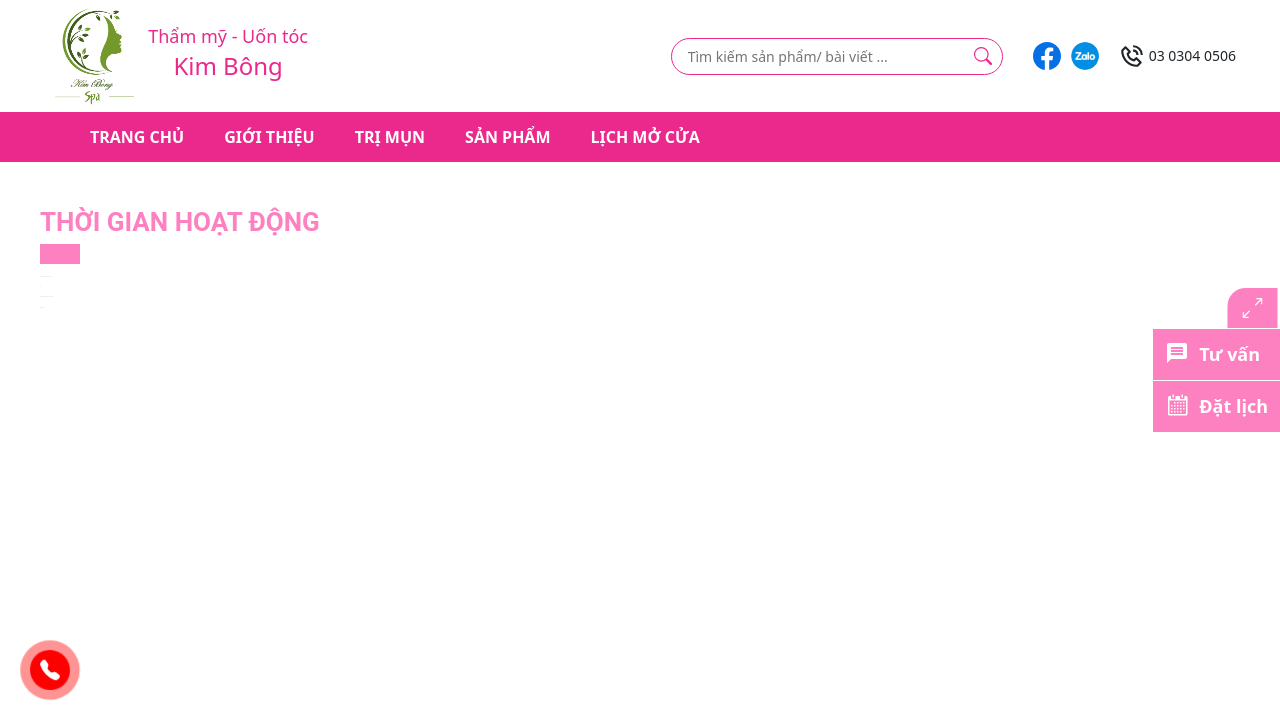
Repository: tranduykhuong/SpaKimBong
Page: /calendar
These files come from the project's save history. The page is drawn as it stood at one moment and after the next save; the edit follows.
The browser window is 1280 px wide. The pictures show the whole page.
The project was rebuilt for these pictures with package versions that can differ from the ones it lists, and the page was loaded fresh each time. Also part of the build but not shown: src/components/Banner/banner.scss, src/components/Banner/Banner.js, src/pages/Home/home.scss, src/pages/Home/ListImage/listImage.scss, src/pages/Home/ListImage/ListImage.js, src/components/Footer/footer.scss, src/components/Footer/Footer.js, src/pages/Home/BookOnline/bookOnl.scss and 26 more.

Above is the page before, as saved 2022-06-06 23:13:01.

### src/App.js
import "./App.scss";
import Header from "./components/Header/Header";
import Home from "./pages/Home/Home";
import "bootstrap/dist/css/bootstrap.min.css";
import { Route, Routes } from "react-router-dom";
import About from "./pages/About/About";
import Products from "./pages/Product/Products";
import ProductDetail from "./pages/Product/ProductDetail/ProductDetail";
import AcneTreatment from "./pages/AcneTreatment/AcneTreatment";
import ContactToolbox from "./components/ContactToolbox/ContactToolbox";
import BackToTop from "./components/BackToTop/BackToTop";
import PhoneTool from "./components/PhoneTool/PhoneTool";
import Calendar from "./pages/Calendar/Calendar";

function App() {
  return (
    <div className="App">
      <Header />
      <ContactToolbox />
      <BackToTop />
      <PhoneTool />
      <Routes>
        <Route path="/" element={<Home />} />
        <Route path="/about" element={<About />} />
        <Route path="/products" element={<Products />} />
        <Route path="/acne" element={<AcneTreatment />} />
        <Route path="/calendar" element={<Calendar />} />

        <Route path="/products/1" element={<ProductDetail />} />
      </Routes>
    </div>
  );
}

export default App;

### src/components/Header/Header.js
import React, { useEffect, useState } from "react";
import "./header.scss";
import { BsSearch, BsFacebook } from "react-icons/bs";
import { BiPhoneCall } from "react-icons/bi";
import { Link, useLocation } from "react-router-dom";

function Header() {
  const path = useLocation().pathname;
  const [fixedNavbar, setFixedNavbar] = useState(false);

  useEffect(() => {
    const handleScroll = () => {
      if (window.scrollY < 1) {
        setFixedNavbar(true);
      }

      if (window.scrollY > 170) setFixedNavbar(true);
      else setFixedNavbar(false);
    };

    window.addEventListener("scroll", handleScroll);

    return () => {
      window.removeEventListener("scroll", handleScroll);
    };
  }, []);

  useEffect(() => {
    window.scrollTo(0, 0);
  }, [path]);

  return (
    <div className="header">
      <div className={"infor " + (fixedNavbar ? "mg-navbar" : "")}>
        <div className="logo">
          <img src="../../img/logoSpa.png" alt="" />
          <div className="nameSpa">
            <h4>Thẩm mỹ - Uốn tóc</h4>
            <h2>Kim Bông</h2>
          </div>
        </div>

        <div className="search">
          <input type="text" placeholder="Tìm kiếm sản phẩm/ bài viết ..." />
          <a className="icon">
            <BsSearch className="iconSearch" />
          </a>
        </div>

        <div className="contact">
          <a href="/" className="icon">
            <BsFacebook className="iconFacebook" />
          </a>
          <a href="/" className="icon">
            <img src="../../img/Zalo.png" alt="" className="iconZalo" />
          </a>

          <div className="phone">
            <BiPhoneCall className="iconPhone" />
            <h3>03 0304 0506</h3>
          </div>
        </div>
      </div>
      <div className={"myNavbar " + (fixedNavbar ? "fixedNavbar" : "")}>
        <div className="navbarContent">
          <ul className="navbarList">
            <li className={path === "/" ? "active" : ""}>
              <Link to="/">TRANG CHỦ</Link>
            </li>
            <li className={path === "/about" ? "active" : ""}>
              <Link to="/about">GIỚI THIỆU</Link>
            </li>
            {/* <li className={path === "/skin" ? "active" : ""}>
              <Link to="/">CHĂM SÓC DA</Link>
            </li> */}
            <li className={path === "/acne" ? "active" : ""}>
              <Link to="/acne">TRỊ MỤN</Link>
            </li>
            <li className={path === "/products" ? "active" : ""}>
              <Link to="/products">SẢN PHẨM</Link>
            </li>
            <li className={path === "/open-time" ? "active" : ""}>
              <Link to="/calendar">LỊCH MỞ CỬA</Link>
            </li>
          </ul>
        </div>
      </div>
    </div>
  );
}

export default Header;

### src/components/ContactToolbox/ContactToolbox.js
import React, { useState } from "react";
import "./contactToolbox.scss";
import { MdMessage } from "react-icons/md";
import { GoCalendar } from "react-icons/go";
import { BsArrowsAngleExpand } from "react-icons/bs";

const ContactToolbox = () => {
  const [hidden, setHidden] = useState(false);

  return (
    <div className="contactFixed">
      <div className="toolboxScroll" onClick={() => setHidden((prev) => !prev)}>
        <BsArrowsAngleExpand className="iconArrow" />
      </div>
      <div className={"toolboxList " + (hidden ? "hidden" : "open")}>
        <div className="advise toolboxItem">
          <MdMessage className="iconMessage" />
          <p>Tư vấn</p>
        </div>
        <div className="book toolboxItem">
          <GoCalendar className="iconCalendar" />
          <p>Đặt lịch</p>
        </div>
      </div>
    </div>
  );
};

export default ContactToolbox;

### src/components/BackToTop/BackToTop.js
import React, { useEffect, useState } from "react";
import "./backToTop.scss";
import { FaRegArrowAltCircleUp } from "react-icons/fa";

const BackToTop = () => {
  const [clicked, setClick] = useState(true);
  const [hiddenArrow, setHiddenArrow] = useState(true);

  useEffect(() => {
    const handleScroll = () => {
      if (window.scrollY > 550) setHiddenArrow(false);
      else setHiddenArrow(true);
    };
    window.addEventListener("scroll", handleScroll);
    return () => {
      window.removeEventListener("scroll", handleScroll);
    };
  }, []);

  useEffect(() => {
    window.scrollTo(0, 0);
  }, [clicked]);

  return (
    <div
      className={"backToTop " + (hiddenArrow ? "" : "show")}
      onClick={() => setClick((prev) => !prev)}
    >
      <FaRegArrowAltCircleUp className="icon" />
    </div>
  );
};

export default BackToTop;

### src/components/PhoneTool/PhoneTool.js
import React from "react";
import "./phoneTool.scss";
import { BsFillTelephoneFill } from "react-icons/bs";

const PhoneTool = () => {
  return (
    <div className="phoneTool">
      <div className="phone">
        <BsFillTelephoneFill className="iconPhone" />
      </div>
      <div className="circle"></div>
    </div>
  );
};

export default PhoneTool;

### src/pages/Calendar/Calendar.js
import React from "react";
import "./calendar.scss";

const Calendar = () => {
  return (
    <div>
      <div className="container-calendar">
        <div className="container-bg-calendar">
          <div className="calendar">
            <div className="calendar-content">
              <h3>THỜI GIAN HOẠT ĐỘNG</h3>
              <p>
                Hiên Vân Spa bắt đầu làm việc từ 09:00 và nhận khách đợt cuối
                lúc 19:30 mỗi ngày (Kể cả thứ 7 và Chủ Nhật).
              </p>
              <p>Đặc Biệt:</p>
              <p>
                Vẫn hoạt động bình thường vào giờ nghỉ trưa, khách hàng có thể
                thoải mái đặt lịch mà không ngại ảnh hưởng đến công việc, học
                tập ...
              </p>
              <p>Bạn muốn thư giãn ? Hãy đến với chúng tôi.</p>
            </div>

            <div className="calendar-boxs"></div>
          </div>
        </div>
      </div>
    </div>
  );
};

export default Calendar;

### src/components/Header/header.scss
@import '../../SCSS/base/variables.scss';
$height-navbar: 5rem;

.header {
    .mg-navbar {
        margin-bottom: $height-navbar;
    }

    .infor {
        max-width: 1200px;
        padding: .6rem 0;
        display: flex;
        justify-content: space-between;
        margin: 0 auto;

        .logo {
            display: flex;
            flex: 1;

            img {
                height: 10rem;
            }

            .nameSpa {
                color: $main-color;
                margin: auto 0;

                h4 {
                    font-size: 1.8rem;
                    font-weight: 500;
                }

                h2 {
                    font-size: 2.4rem;
                }
            }
        }


        .search {
            margin: auto 0;
            border-radius: 50px;
            border: solid .1rem $main-color;
            height: 37px;
            display: flex;

            input {
                font-size: 1.4rem;
                margin: auto 16px;
                min-width: 26rem;
                border: none;
                outline: none;
            }

            .icon {
                margin: auto 10px;
                cursor: pointer;
            }

            .iconSearch {
                width: 1.8rem;
                height: 1.8rem;
                color: $main-color;

                &:hover {
                    color: #f867b2;
                }
            }
        }

        .contact {
            display: flex;
            margin-left: 20px;

            .icon {
                margin: auto 0;
                margin-left: 10px;

            }

            .iconFacebook {
                width: 2.8rem;
                height: 2.8rem;
                color: rgba($color: #0570e6, $alpha: 1.0);
            }

            .iconZalo {
                width: 2.8rem;
                height: 2.8rem;
                border-radius: 50%;
            }

            .phone {
                margin: auto 0;
                margin-left: 20px;
                display: flex;

                .iconPhone {
                    width: 2.6rem;
                    height: 2.6rem;
                }

                h3 {
                    font-size: 1.4rem;
                    font-weight: 500;
                    margin: auto 4px;
                }
            }

        }
    }

    .fixedNavbar {
        position: fixed;
        top: 0;
        left: 0;
        z-index: 50;
        width: 100%;
        animation: fixedNavbar 1s forwards;
    }

    @keyframes fixedNavbar {
        from {
            top: -5rem;
            opacity: 0;
        }

        to {
            top: 0;
            opacity: 1;
        }
    }

    .myNavbar {
        height: $height-navbar;
        background-color: $main-color;

        .navbarContent {
            max-width: 1200px;
            margin: 0 auto;

            .navbarList {
                display: flex;
                margin: 0 1rem;
                // justify-content: space-evenly;

                li {
                    list-style: none;

                    a {
                        line-height: $height-navbar;
                        height: $height-navbar;
                        display: block;
                        color: #fff;
                        font-size: 1.6rem;
                        font-weight: 600;
                        text-decoration: none;
                        padding: 0 2rem;
                    }

                    &:hover {
                        background-color: #f844a1;
                        cursor: pointer;
                    }
                }

                .active {
                    background-color: #dd0876;
                }
            }
        }
    }
}

### src/components/ContactToolbox/contactToolbox.scss
.contactFixed {
    position: fixed;
    top: 50%;
    transform: translateY(-50%);
    right: 0;
    z-index: 100;
    cursor: pointer;

    .toolboxScroll {
        border-top-left-radius: 1.8rem;
        background-color: rgba($color: #fc2c97, $alpha: 0.6);
        width: 5rem;
        padding: 1rem;
        color: #fff;
        transform: translateX(149%);
        border-bottom: 1px solid #fff;

        .iconArrow {
            width: 2rem;
            height: 2rem;
        }
    }

    .toolboxList {
        background-color: rgba($color: #fc2c97, $alpha: 0.6);


        .toolboxItem {
            display: flex;
            padding: 1.2rem;
            color: #fff;

            p {
                font-size: 1.8rem;
                margin: 0;
                padding-left: 1rem;
                font-weight: 600;
            }
        }

        .advise {
            border-bottom: 1px solid #fff;

            .iconMessage {
                width: 2.4rem;
                height: 2.4rem;
            }
        }

        .book {

            .iconCalendar {
                width: 2.4rem;
                height: 2.4rem;
            }
        }
    }

    .hidden {
        animation: toRight 0.8s linear forwards;
    }

    .open {
        animation: toLeft 0.8s linear backwards;
    }

    @keyframes toRight {
        to {
            transform: translateX(62%);
        }
    }

    @keyframes toLeft {
        from {
            transform: translateX(62%);

        }

        to {
            transform: translateX(0);
        }
    }
}

### src/components/BackToTop/backToTop.scss
.backToTop {
    position: fixed;
    bottom: 2rem;
    right: 2rem;
    z-index: 100;
    display: none;

    .icon {
        width: 4rem;
        height: 4rem;
        color: #fa72b8;
        cursor: pointer;
    }
}

.show {
    animation: FadeIn 0.8s forwards;
    display: block;

    @keyframes FadeIn {
        from {
            bottom: 0;
        }

        to {
            bottom: 2rem;
        }
    }
}

### src/components/PhoneTool/phoneTool.scss
.phoneTool {
    position: fixed;
    width: 6rem;
    height: 6rem;
    left: 1rem;
    border-radius: 50%;
    bottom: 3rem;
    z-index: 100;
    cursor: pointer;

    .phone {
        position: absolute;
        z-index: 5;
        top: 34%;
        left: 34%;
        background-color: red;
        padding: 1rem;
        border-radius: 50%;
        animation: phoneSkin 1s infinite ease-in-out;

        .iconPhone {
            height: 2rem;
            width: 2rem;
            color: #fff;

        }

        @keyframes phoneSkin {
            0% {
                transform: rotate(0) scale(1) skew(1deg);
            }

            10% {
                transform: rotate(-25deg) scale(1) skew(1deg);
            }

            20% {
                transform: rotate(25deg) scale(1) skew(1deg);
            }

            30% {
                transform: rotate(-25deg) scale(1) skew(1deg);
            }

            40% {
                transform: rotate(25deg) scale(1) skew(1deg);
            }

            50% {
                transform: rotate(0) scale(1) skew(1deg);
            }

            100% {
                transform: rotate(0) scale(1) skew(1deg);
            }
        }
    }

    .circle {
        position: absolute;
        width: 6rem;
        height: 6rem;
        border-radius: 50%;
        top: 16%;
        left: 16%;
        background-color: rgba($color: rgb(255, 42, 42), $alpha: 0.5);
        animation: zoom 1s infinite;

        @keyframes zoom {
            0% {
                transform: scale(0.9);
            }

            70% {
                transform: scale(1);
                box-shadow: 0 0 0 15px transparent;
            }

            100% {
                transform: scale(0.9);
                box-shadow: 0 0 0 0 transparent;
            }
        }
    }
}

### src/pages/Calendar/calendar.scss
.container-calendar {
  .container-bg-calendar {
    .calendar {
      display: flex;
      width: 100%;
      text-align: left;
      padding: 4rem;
      font-family: "Roboto", sans-serif;

      .calendar-content {
        width: 30%;

        h3 {
          margin: 0 0 13px;
          color: #fd80c1;
          font-size: 26px;
          font-weight: bold;
          line-height: 1.6;
        }

        h3:after {
          content: "";
          display: block;
          width: 4rem;
          height: 2rem;
          background: #fd80c1;
        }
      }

      .calendar-boxs {
        width: 70%;
      }
    }
  }
}

### src/SCSS/base/variables.scss
$main-color: #eb288c;
$text-color: #444;
$title-color: #fff;

Loaded but not shown: public/index.html (common file); src/index.js (common file); src/index.css (common file); src/reportWebVitals.js (common file); src/App.scss (common file)

After the next save:
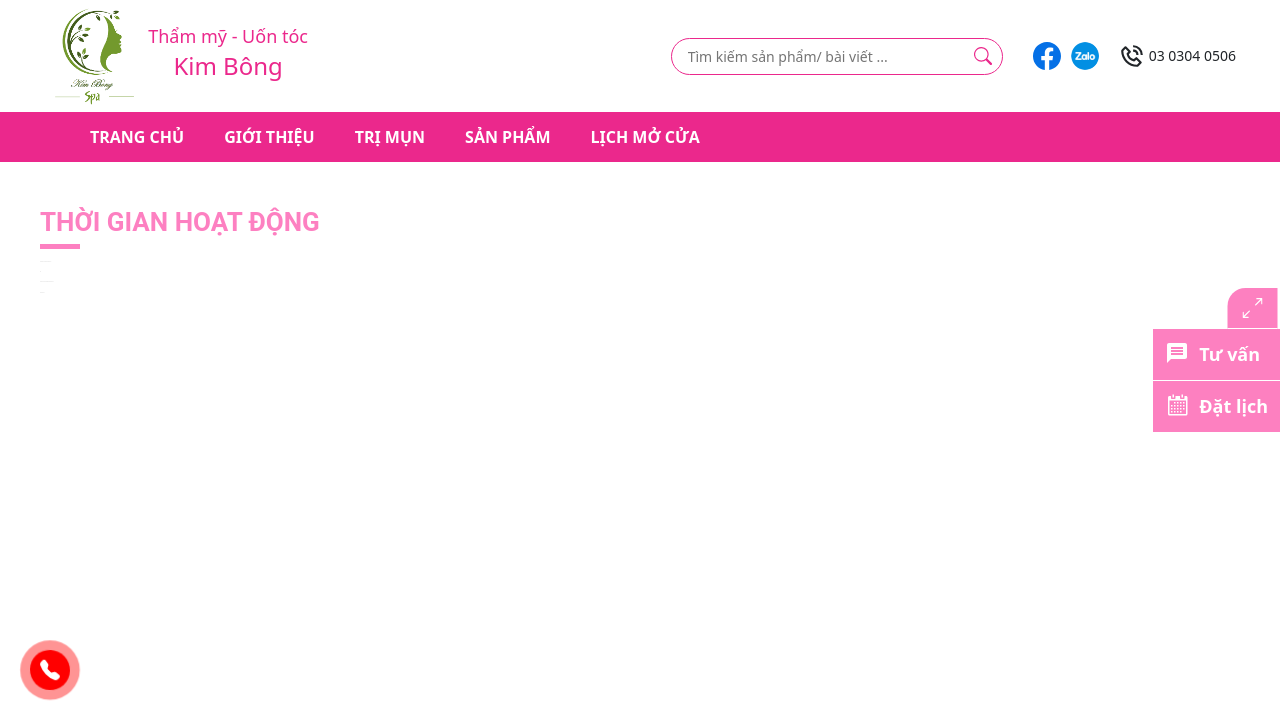
Saved 5 s later.
--- a/src/pages/Calendar/calendar.scss
+++ b/src/pages/Calendar/calendar.scss
@@ -22,7 +22,7 @@
           content: "";
           display: block;
           width: 4rem;
-          height: 2rem;
+          height: 0.5rem;
           background: #fd80c1;
         }
       }
